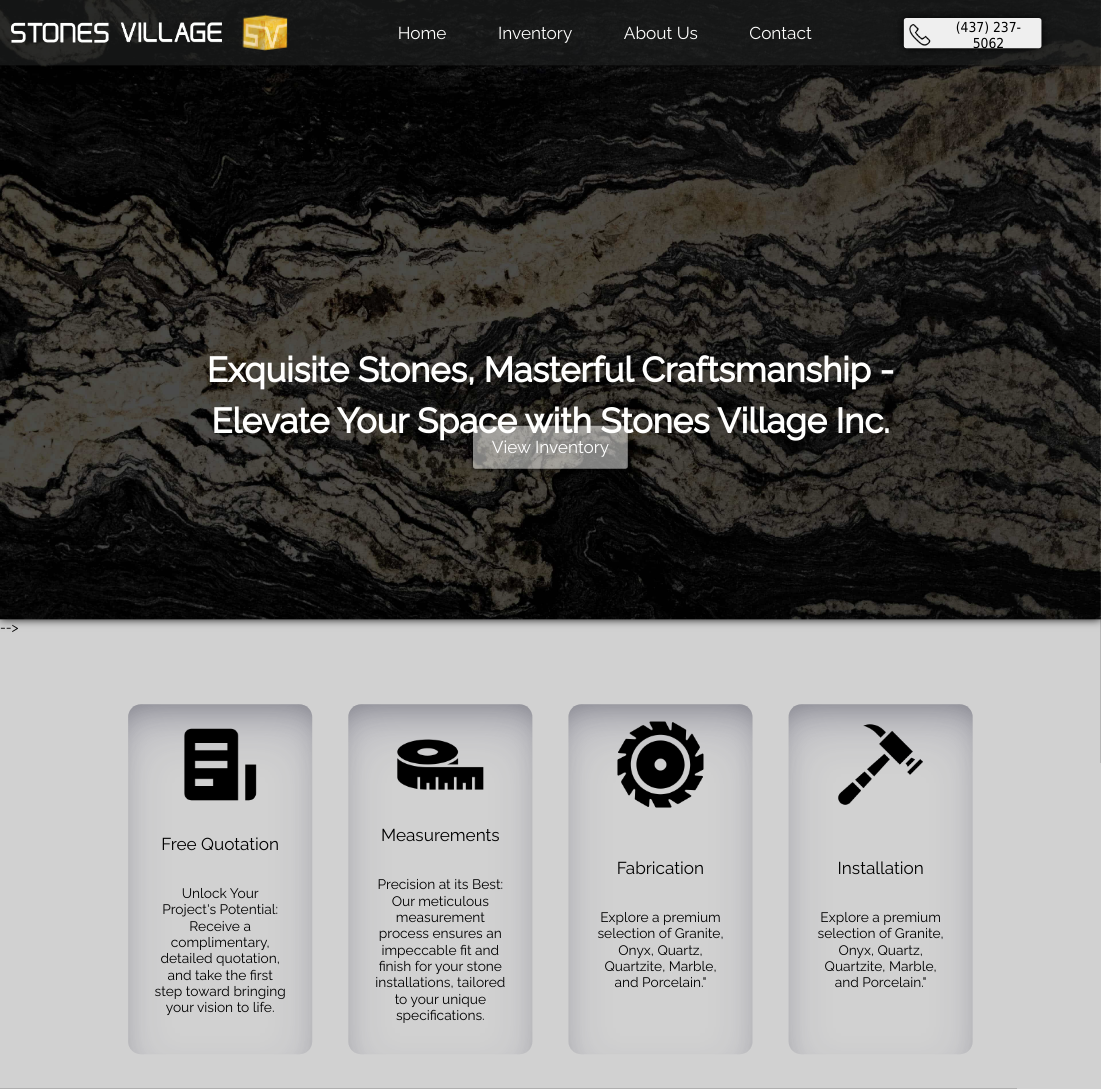
Repository: shayanabedi98/Stones-Village
Page: index.html
These files come from the project's save history. The page is drawn as it stood at one moment and after the next save; the edit follows.
The browser window is 1280 px wide. The pictures show the whole page, at 86% of full size.
Backgrounds fixed to the window are drawn as part of the page.

Above is the page before, as saved 2023-10-22 17:21:57.

### index.html
<!DOCTYPE html>
<html lang="en">
<head>
    <meta charset="UTF-8">
    <meta name="viewport" content="width=device-width, initial-scale=1.0">
    <title>Stones Village | Home</title>
    <link rel="preconnect" href="https://fonts.googleapis.com">
    <link rel="preconnect" href="https://fonts.gstatic.com" crossorigin>
    <link href="https://fonts.googleapis.com/css2?family=Raleway&display=swap" rel="stylesheet">
    <link rel="stylesheet" href="styles.css">
</head>
<body>
    <div class="navbar">
        <div class="logo">
            <img id="logo-name" src="./resources/sv-name.png" alt="Company name">
            <img id="logo-cube" src="./resources/sv-cube.png" alt="Company logo">
        </div>
        <div class="navbar-menu">
            <ul>
                <li><a href="./">Home</a></li>
                <li><a href="./inventory">Inventory</a></li>
                <li><a href="./about-us">About Us</a></li>
                <li><a href="./contact">Contact</a></li>
            </ul>
        </div>
        <div class="navbar-tel">
            <button><a href="tel:+14372375062">
                <img src="./resources/telephone-svgrepo-com.png" alt="Contact By Number">
                (437) 237-5062
            </a></button>
        </div>
    </div>
    <div class="grid-container">
        <div class="banner">
            <!-- Background Image -->
        </div>
        <div class="banner-overlay">
            <h1>Exquisite Stones, Masterful Craftsmanship - Elevate Your Space with Stones Village Inc.</h1>
            <button>View Inventory</button>
        </div>
        <!-- <div class="services-container">
            <h2>Welcome</h2>
            <h3>Stones Village is a beacon of excellence in the stone industry, conveniently situated in Concord, Ontario, yet extending our top-notch services and products across the entire nation. With a rich history and unparalleled expertise in supplying, fabricating, and installing premium-quality Granite, Onyx, Quartz, and Porcelain, we have carved out a reputation for reliability, craftsmanship, and aesthetic excellence.</h3>


            <!-- Free Quotations
Stonica Group Inc. offers no-obligation, comprehensive quotes for all project sizes. Our experts provide a detailed cost estimate, ensuring transparency and no hidden charges.


Measurements
We use advanced tools for precise project measurements, considering the environment and potential challenges to ensure seamless integration of our fabrications into your space.


Fabrication
Our high-quality fabrication service is handled by a skilled team and cutting-edge facilities. We handle various materials and complexities, ensuring the finished product meets the highest industry standards.


Installation
Our trained professionals carry out careful and precise installations. We also perform comprehensive checks post-installation, ensuring a perfect fit and function. Your satisfaction is our ultimate goal. -->
        </div> -->
        <div class="card-container">
            <div class="card">
                <img src="./resources/invoice-svgrepo-com.png" alt="Icon of Stone Slab">
                <div class="card-text">
                    <p class="card-name">Free Quotation</p>
                    <p class="card-description">Unlock Your Project's Potential: Receive a complimentary, detailed quotation, and take the first step toward bringing your vision to life.</p>
                </div>
            </div>
            <div class="card">
                <img src="./resources/measure-2-svgrepo-com.png" alt="Icon of Stone Slab">
                <div class="card-text">
                    <p class="card-name">Measurements</p>
                    <p class="card-description">Precision at its Best: Our meticulous measurement process ensures an impeccable fit and finish for your stone installations, tailored to your unique specifications.</p>
                </div>
            </div>
            <div class="card">
                <img src="./resources/saw-svgrepo-com.png" alt="Icon of Stone Slab">
                <div class="card-text">
                    <p class="card-name">Fabrication</p>
                    <p class="card-description">Explore a premium selection of Granite, Onyx, Quartz, Quartzite, Marble, and Porcelain."</p>
                </div>
            </div>
            <div class="card">
                <img src="./resources/hammer-work-construction-svgrepo-com.png" alt="Icon of Stone Slab">
                <div class="card-text">
                    <p class="card-name">Installation</p>
                    <p class="card-description">Explore a premium selection of Granite, Onyx, Quartz, Quartzite, Marble, and Porcelain."</p>
                </div>
            </div>
        </div>
    </div>
    <script src="./index.js"></script>
</body>
</html>

### styles.css
body {
    background-color: #d1d1d1;
    color: #000000;
    font-family: 'Raleway', sans-serif;
    margin: 0;
    padding: 0;
}

.navbar {
    display: grid;
    grid-template-columns: 0.5fr 1fr 0.5fr;
    background-color: rgba(29, 31, 31, 0.7);
    box-shadow: 0 0 5px 0 rgb(0, 0, 0);
    padding: 10px;
    position: fixed;
    width: 100%;
    z-index: 1;
}

.logo {
    display: flex;
    align-items: center;
    justify-content: center;
}

#logo-cube {
    height: 42px;
    margin-left: 20px;
    cursor: pointer;
}

#logo-name {
    height: 28px;
    cursor: pointer;
}

.navbar-menu {
    display: grid;
    align-items: end;
}

.navbar-menu ul {
    display: flex;
    align-content: center;
    justify-content: center;
    list-style-type: none;
}

.navbar-menu a {
    text-decoration: none;
    color: #FFFFFE;
    font-size: 20px;
    margin-left: 60px;
}

.navbar-menu a:hover {
    color: #E0B739;
    transition: 0.3s;
    border-bottom: 8px solid #E0B739;
}

.navbar-menu a:not(:hover) {
    color: #FFFFFE;
    border-bottom: 0px;
    transition: 0.3s;
}

.navbar-tel {
    display: flex;
    justify-content: center;
    align-items: center;
}

.navbar-tel button {
    height: 35px;
    width: 160px;
    border: none;
    border-radius: 3px;
    box-shadow: 0 0 10px 0 rgb(0, 0, 0);
}

.navbar-tel img {
    height: 25px;
    margin-right: 12px;
}

.navbar-tel a {
    text-decoration: none;
    color: black;
    font-family: Tahoma, Verdana, sans-serif;
    font-size: 16px;
    display: flex;
    align-items: center;
    justify-content: center;
}

.banner {
    background-attachment: fixed;
    height: 100vh;
    background-size: 2100px;
    background-repeat: no-repeat;
    background-position: 0 -400px;
    transition: opacity 1s ease-in-out, background-size 0s, background-position 0s;
}

.banner-overlay {
    background-color: rgba(0, 0, 0, 0.7);
    box-shadow: 0 0 10px 0 black;
    display: grid;
    grid-template-rows: 0.8fr 1fr;
    justify-items: center;
    align-items: center;
    text-align: center;
    position: absolute;
    height: 100vh;
    width: 100%;
    top: 0;
}

.banner-overlay h1 {
    margin: 0;
    color: #FFFFFE;
    position: relative;
    font-size: 40px;
    top: 300px;
    width: 70%;
    line-height: 60px;
}

.banner-overlay button {
    font-family: 'Raleway', sans-serif;
    background-color: rgba(255, 255, 254, 0.5);
    color: white;
    border: none;
    border-radius: 3px;
    font-size: 20px;
    width: 180px;
    height: 50px;
    box-shadow: 0 0 2px 0 black;
    cursor: pointer;
}

.banner-overlay button:hover {
    box-shadow: 0 0 15px 0 black;
    background-color: rgb(224, 183, 57);
    transition: 0.3s;
}

.banner-overlay button:not(:hover) {
    box-shadow: 0 0 5px 0 black;
    transition: 0.3s;
}

.services-container, .card-container {
    margin: 40px auto;
}

.services-container {
    display: grid;
    grid-template-rows: 1fr 1fr;
    justify-items: center;
    margin-top: 80px;
    width: 80%;
}

.services-container h2, h3 {
    display: grid;
    justify-items: center;
}

.card-container {
    display: grid;
    width: 80%;
    grid-template-columns: repeat(4, 1fr);
    justify-items: center;
    margin-top: 80px;
}

.card {
    width: 80%;
    display: grid;
    justify-items: center;
    border-radius: 15px;
    box-shadow: rgba(50, 50, 93, 0.25) 0px 30px 60px -12px inset, rgba(0, 0, 0, 0.3) 0px 18px 36px -18px inset;
    padding: 20px 5px;
}

.card img {
    height: 100px;
}

.card-text {
    display: grid;
    text-align: center;
    justify-items: center;
    align-content: start;
}

.card-name {
    font-size: 20px;
}

.card-description {
    width: 75%;
}

### index.js
const banner = document.querySelector('.banner');
const bannerImg = ['./resources/aaron-huber-G7sE2S4Lab4-unsplash.jpg', './resources/black-marble-texture2-min2.jpg', './resources/engin-akyurt-m555vEfryhE-unsplash.jpg', './resources/marble-2398956_1920.jpg'];
let bannerImgIndex = 0;
const logoName = document.querySelector('#logo-name');
const logoCube = document.querySelector('#logo-cube');
const navbar = document.querySelector('.navbar');

logoCube.addEventListener('click', () => {
    window.location.replace('./')
})

logoCube.addEventListener('mouseover', () => {
    navbar.style.backgroundColor = 'rgba(224, 183, 57,0.3)'
    navbar.style.transition = '4s'
})

logoCube.addEventListener('mouseout', () => {
    navbar.style.backgroundColor = 'rgba(29, 31, 31, 0.7)'
    navbar.style.transition = '2s'
})

logoName.addEventListener('click', () => {
    window.location.replace('./')
})

logoName.addEventListener('mouseover', () => {
    navbar.style.backgroundColor = 'rgba(224, 183, 57,0.3)'
    navbar.style.transition = '4s'
})

logoName.addEventListener('mouseout', () => {
    navbar.style.backgroundColor = 'rgba(29, 31, 31, 0.7)'
    navbar.style.transition = '2s'
})

const bannerImgChanger = () => {
    banner.style.opacity = '0'
    bannerImgIndex = (bannerImgIndex + 1) % bannerImg.length;
    banner.style.background = `url(${bannerImg[bannerImgIndex]})`;

    if (bannerImgIndex === 0) {
        banner.style.backgroundSize = '2100px';
        banner.style.backgroundPosition = '0 -400px'
        banner.style.backgroundAttachment = 'fixed';
        banner.style.opacity = '1'
        banner.style.transition = 'opacity 1s ease-in, background-size 0s, background-position 0s;';
        setTimeout(() => {
            banner.style.opacity = '0'
        }, 7000)

    } else if (bannerImgIndex === 1) {
        banner.style.backgroundSize = '2000px';
        banner.style.backgroundAttachment = 'fixed';
        banner.style.opacity = '1'
        banner.style.transition = 'opacity 1s ease-in, background-size 0s, background-position 0s;';
        setTimeout(() => {
            banner.style.opacity = '0'
        }, 7000)

    } else if (bannerImgIndex === 2) {
        banner.style.backgroundAttachment = 'fixed';
        banner.style.opacity = '1'
        banner.style.transition = 'opacity 1s ease-in, background-size 0s, background-position 0s;';
        setTimeout(() => {
            banner.style.opacity = '0'
        }, 7000)
    } else if (bannerImgIndex === 3) {
        banner.style.backgroundAttachment = 'fixed';
        banner.style.opacity = '1'
        banner.style.transition = 'opacity 1s ease-in, background-size 0s, background-position 0s;';
        setTimeout(() => {
            banner.style.opacity = '0'
        }, 7000)
    }
};

bannerImgChanger();

setInterval(bannerImgChanger, 8000)

After the next save:
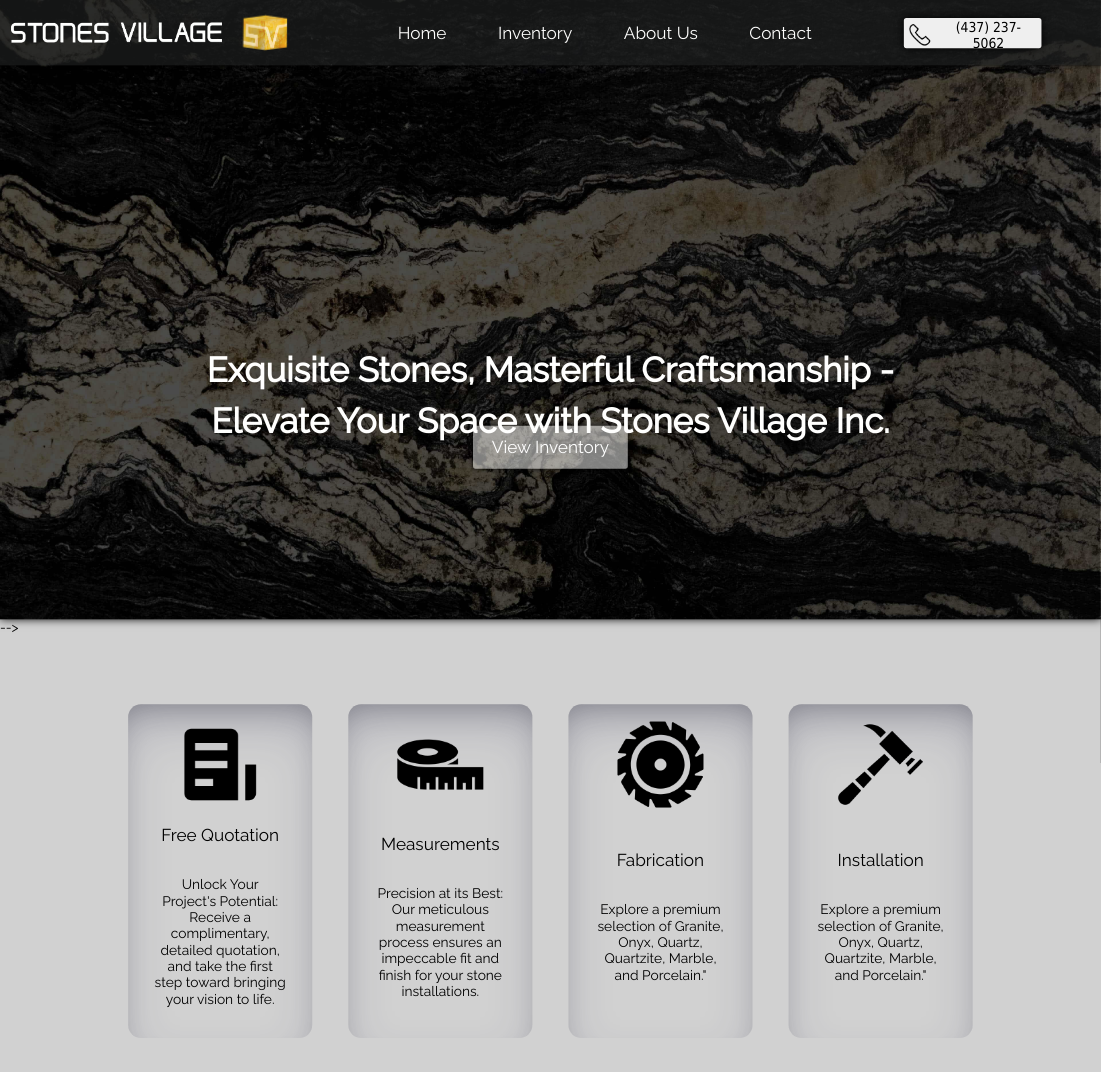
Saved 43 s later.
--- a/index.html
+++ b/index.html
@@ -70,7 +70,7 @@ Our trained professionals carry out careful and precise installations. We also p
                 <img src="./resources/measure-2-svgrepo-com.png" alt="Icon of Stone Slab">
                 <div class="card-text">
                     <p class="card-name">Measurements</p>
-                    <p class="card-description">Precision at its Best: Our meticulous measurement process ensures an impeccable fit and finish for your stone installations, tailored to your unique specifications.</p>
+                    <p class="card-description">Precision at its Best: Our meticulous measurement process ensures an impeccable fit and finish for your stone installations.</p>
                 </div>
             </div>
             <div class="card">
